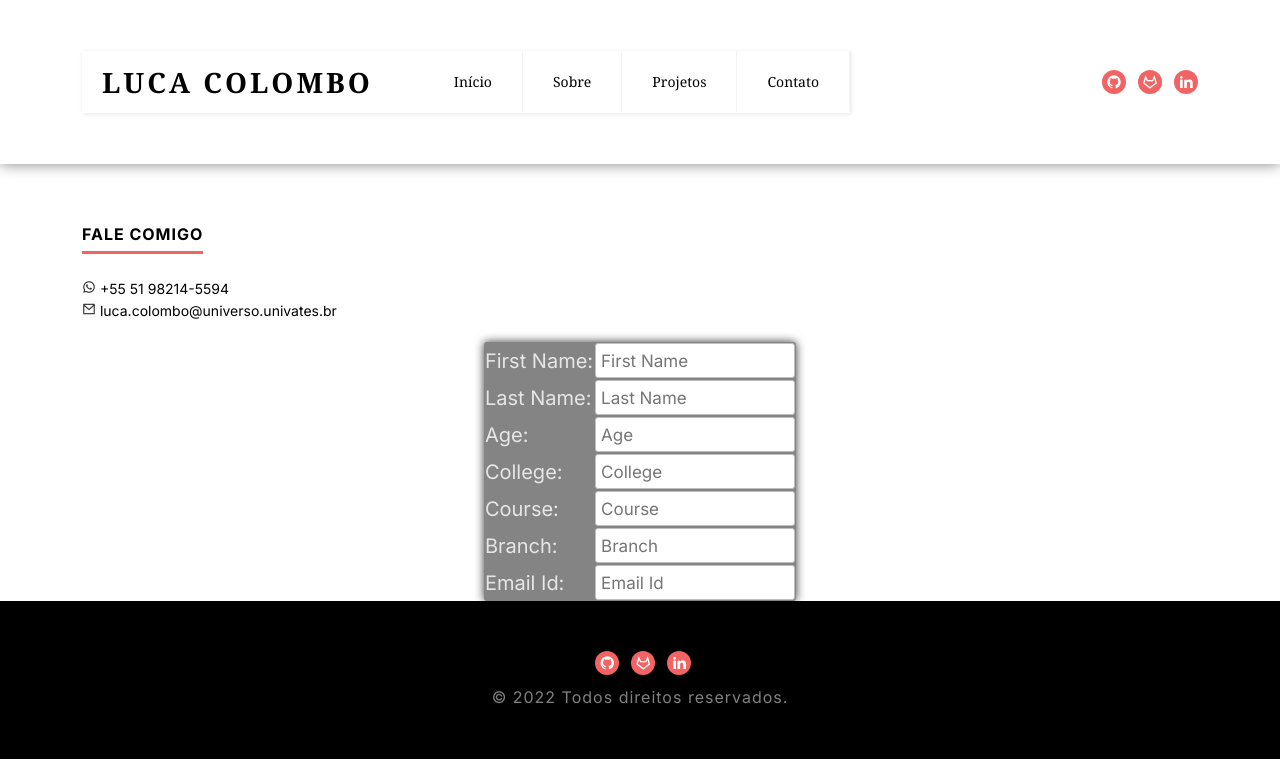
Repository: lxcxcxlxmb/portfolio
Page: contato.html
An editor plug-in stored every save of this project. The page is shown before and after the next save, followed by the edit.
The browser window is 1280 px wide. The pictures show the whole page.

Above is the page before, as saved 2022-05-25 16:39:10.

After the next save:
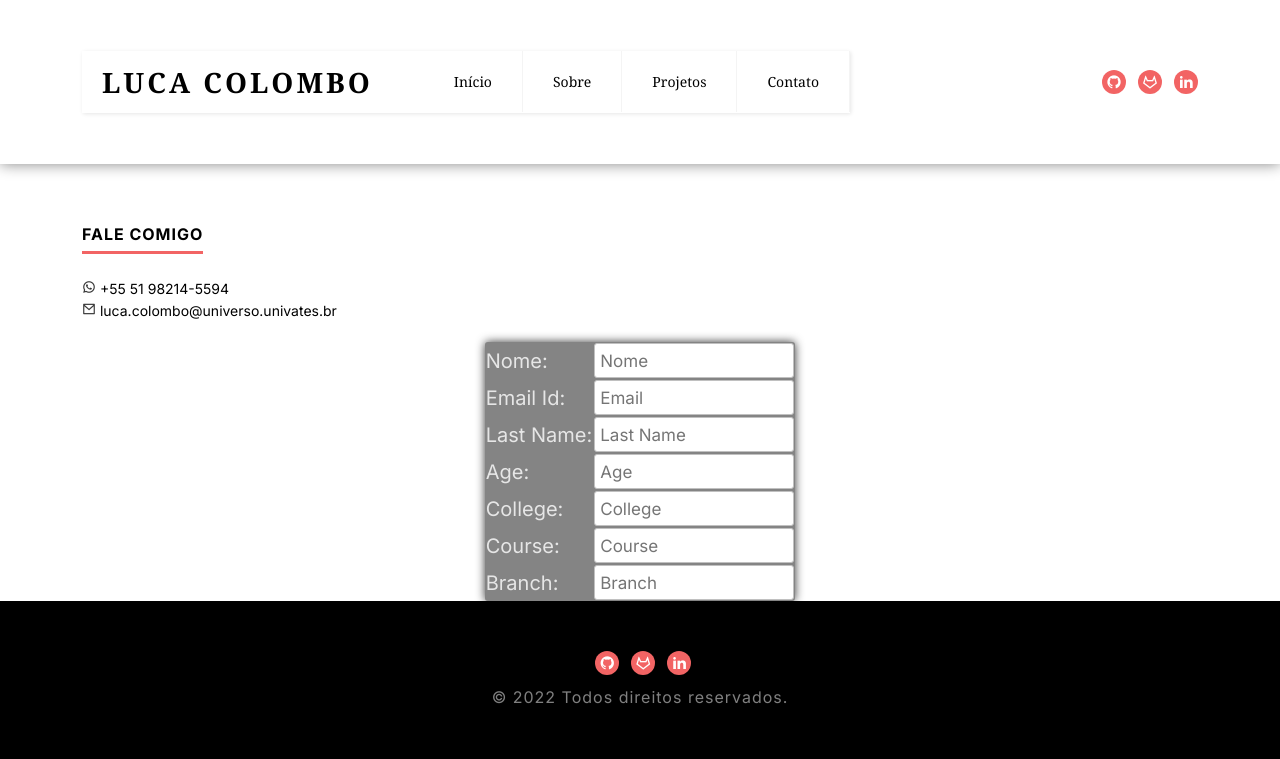
Saved 7 min 43 s later.
--- a/contato.html
+++ b/contato.html
@@ -68,8 +68,14 @@
 <table align=center cellspacing=10>
  <th class="hidden_th">First Name:</th>
  <tr>
-  <td class="column1">First Name:</td>
-  <td><input type="text" placeholder="First Name"></td>
+  <td class="column1">Nome:</td>
+  <td><input type="text" placeholder="Nome"></td>
+ </tr>
+
+ <th class="hidden_th">Email Id:</th>
+ <tr>
+  <td class="column1">Email Id:</td>
+  <td><input type="text" placeholder="Email"></td>
  </tr>
 
  <th class="hidden_th">Last Name:</th>
@@ -102,11 +108,7 @@
   <td><input type="text" placeholder="Branch"></td>
  </tr>
 
- <th class="hidden_th">Email Id:</th>
- <tr>
-  <td class="column1">Email Id:</td>
-  <td><input type="text" placeholder="Email Id"></td>
- </tr>
+
 
 </table>
       </section>
